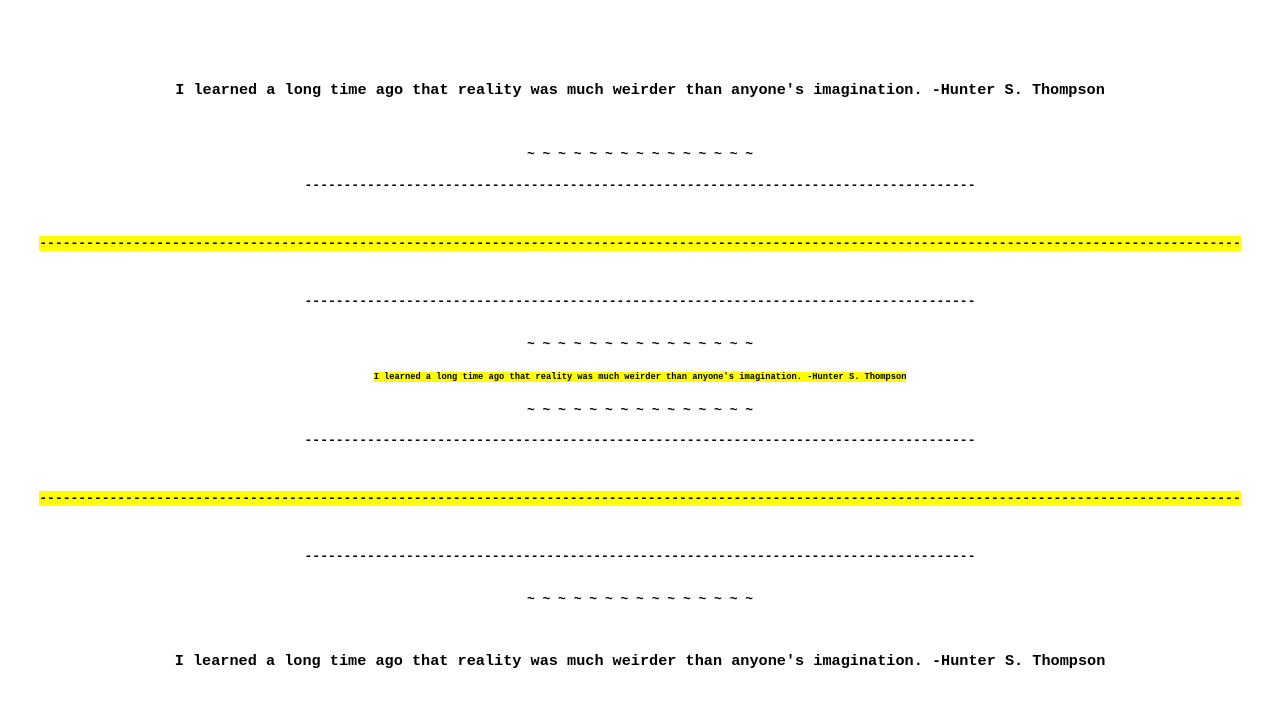
Repository: penas326/penas326.github.io
Page: composition/index.html
The author's editor kept a record of every edit. The page is drawn from the files as they stood at one moment, then again after the next edit.
The browser window is 1280 px wide. The pictures show the whole page.

Above is the page before.

### composition/index.html
  <html>

    <head>
        <title>Composition</title>
    </head>
        <br>
        <br>
        <br>
        <strong><h3 align="center"><code>I learned a long time ago that reality was much weirder than anyone's imagination. -Hunter S. Thompson</h3>
    </body>
            <center>
        <br>
        <br>
        <strong>~ ~ ~ ~ ~ ~ ~ ~ ~ ~ ~ ~ ~ ~ ~</strong>
        <br>
        <h3 align="center"></h3><code>--------------------------------------------------------------------------------------</p>
        <br>
        <h3 align="center"></h3><code><mark>----------------------------------------------------------------------------------------------------------------------------------------------------------</p></mark>
        <br>
        <h3 align="center"></h3><code>--------------------------------------------------------------------------------------</p>
        <br>
        <strong>~ ~ ~ ~ ~ ~ ~ ~ ~ ~ ~ ~ ~ ~ ~</strong>
        </center>
         </head>
        <strong><h6 align="center"><code><mark>I learned a long time ago that reality was much weirder than anyone's imagination. -Hunter S. Thompson</h6>
               <center>
        <strong>~ ~ ~ ~ ~ ~ ~ ~ ~ ~ ~ ~ ~ ~ ~</strong>
        <br>
        <h3 align="center"></h3><code>--------------------------------------------------------------------------------------</p>
        <br>
        <h3 align="center"></h3><code><mark>----------------------------------------------------------------------------------------------------------------------------------------------------------</p></mark>
        <br>
        <h3 align="center"></h3><code>--------------------------------------------------------------------------------------</p>
        <br>
        <strong>~ ~ ~ ~ ~ ~ ~ ~ ~ ~ ~ ~ ~ ~ ~</strong>
        </center>
         </head>
        <br>
        <br>
        <strong><h3 align="center"><code>I learned a long time ago that reality was much weirder than anyone's imagination. -Hunter S. Thompson</h3>
    </body>

</html>

After the next edit:
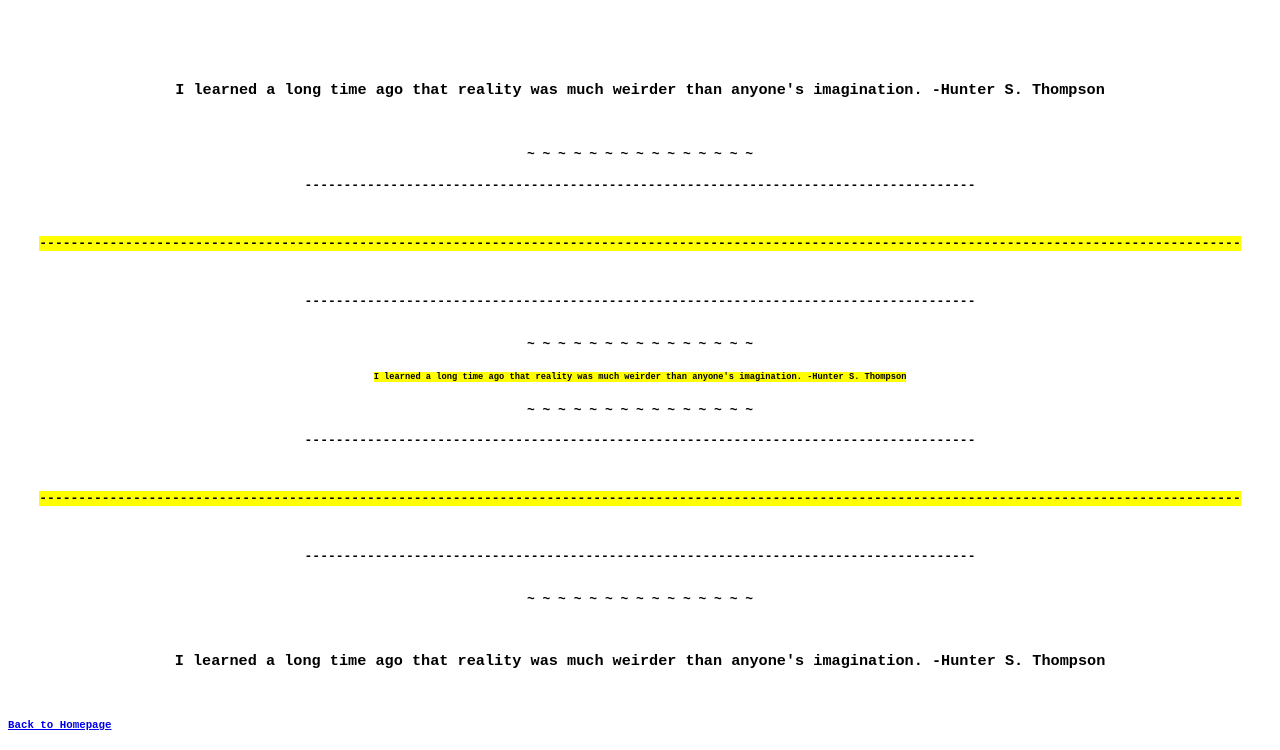
The edit:
--- a/composition/index.html
+++ b/composition/index.html
@@ -38,6 +38,9 @@
         <br>
         <br>
         <strong><h3 align="center"><code>I learned a long time ago that reality was much weirder than anyone's imagination. -Hunter S. Thompson</h3>
+        <br>
+        <h5><a href="index.html">Back to Homepage</a></h5>
     </body>
 
+
 </html>
